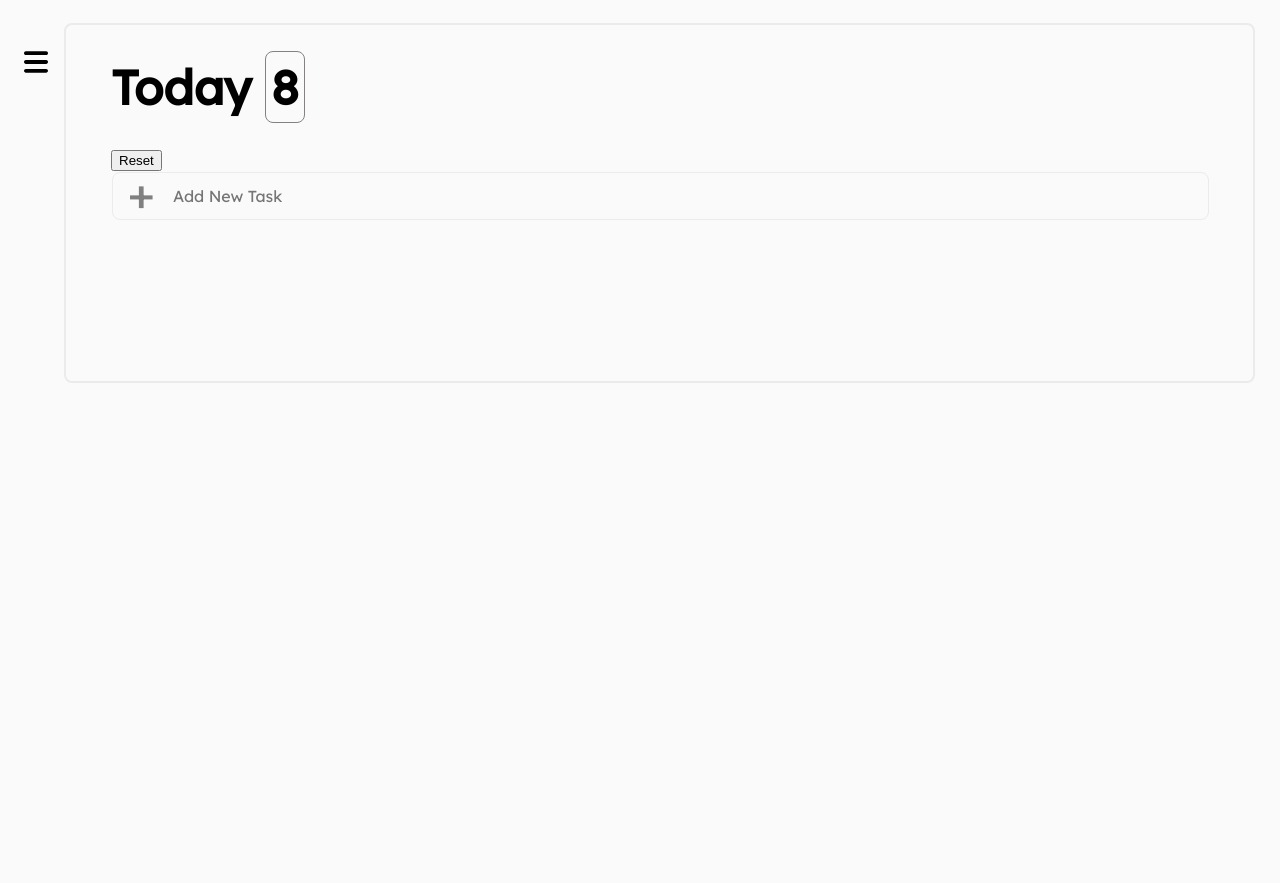
Repository: WeyehnR/Todo-App-e8719e15efb8a3743d14c47aa9ae2115442426d2
Page: Client/index.html
The author's editor kept a copy of each file at every save. The page is drawn from the files as they stood at one save, then again after the next save.
The browser window is 1280 px wide. The pictures show the whole page.

Above is the page before, as saved 2023-12-08 18:13:22.

After the next save:
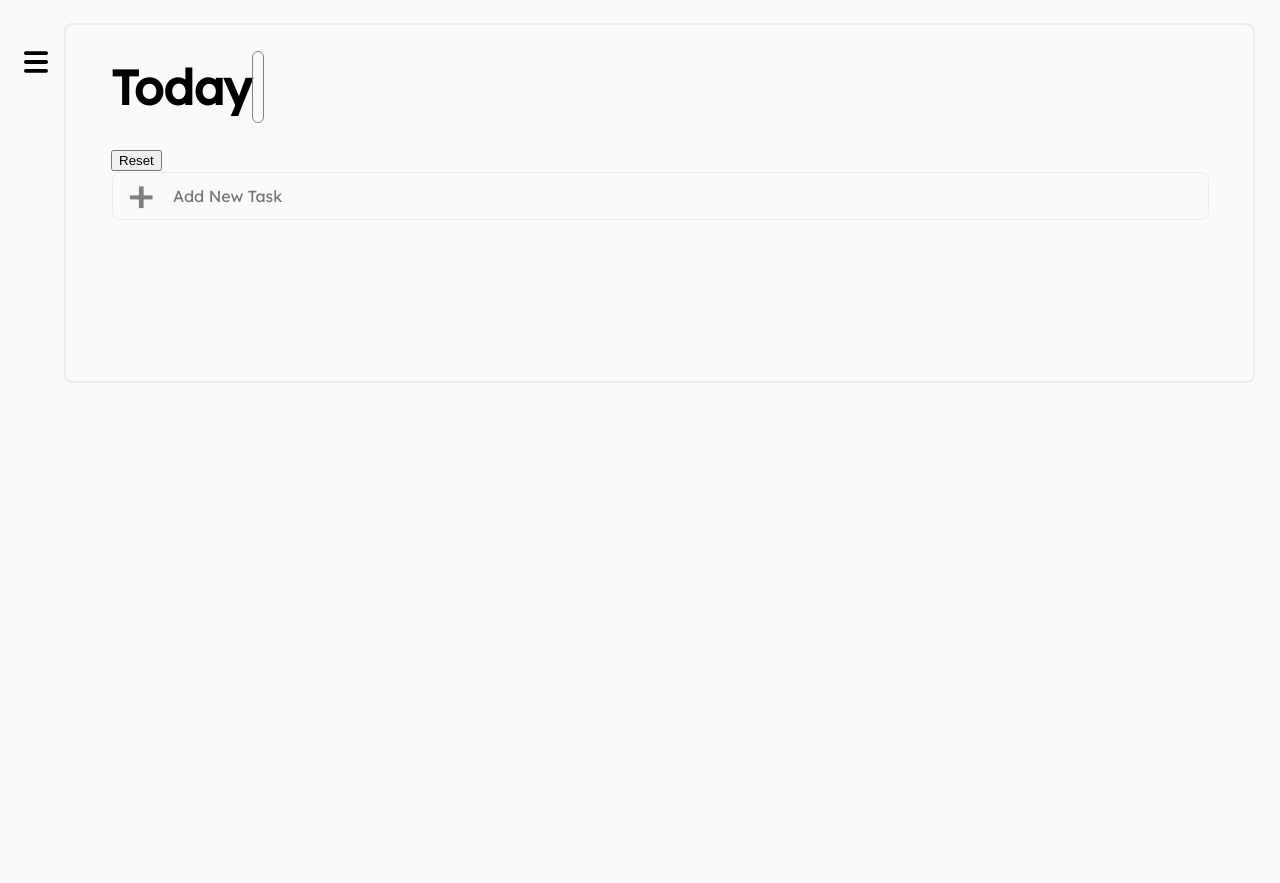
Console error: SyntaxError: Unexpected identifier 'closeButton'
Saved 42 s later.
--- a/Client/TASKLISTUI/TaskDetails.js
+++ b/Client/TASKLISTUI/TaskDetails.js
@@ -25,6 +25,7 @@
     // Initialize the TaskDetailsUI and set up event listeners
     init() {
         // Add event listeners for task details view
+        this.
 
         // Close button event listener
         const closeButton = this.domHelper.querySelector('.close-icon');

After the 2 saves that followed:
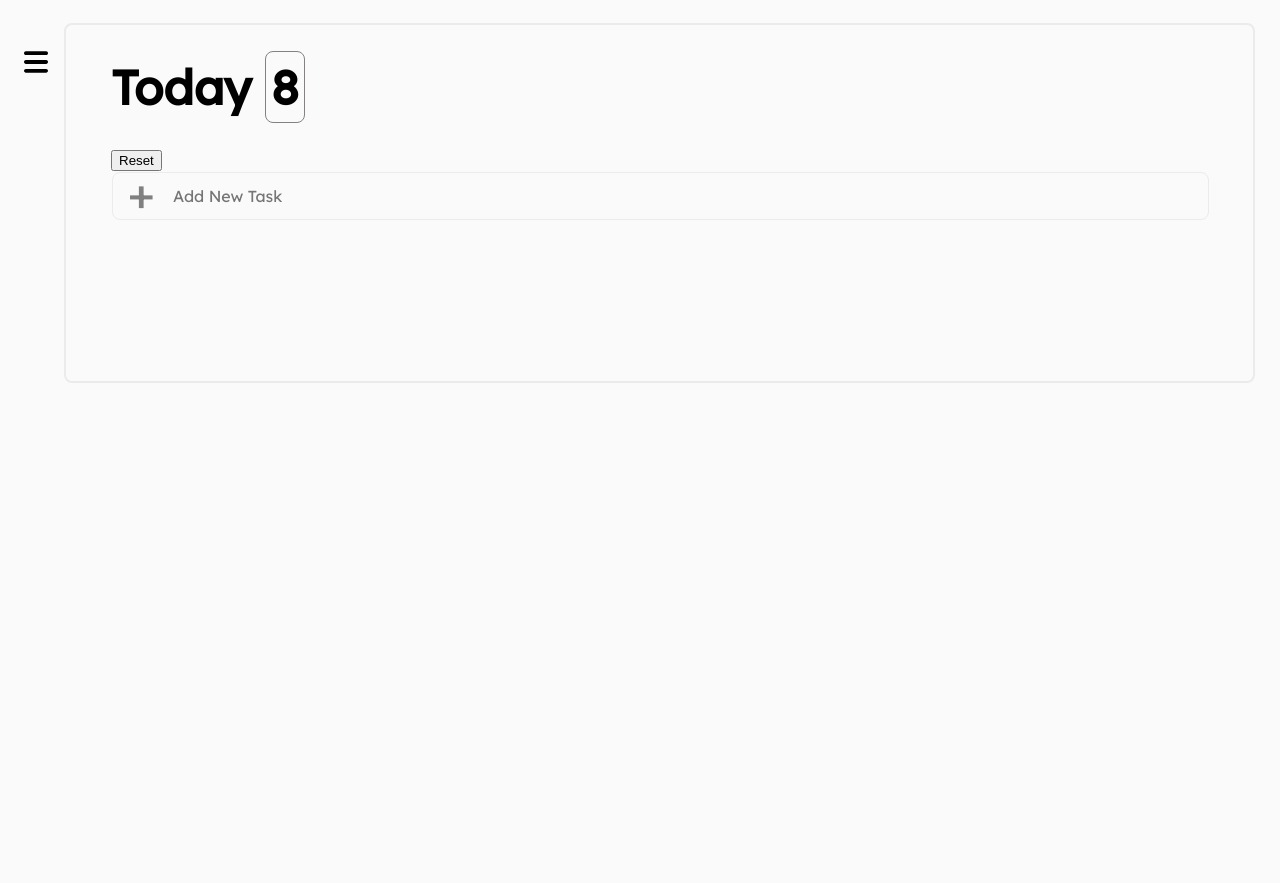
The error is gone.
The 2 saves are shown as one change because they came seconds apart.
The last was saved 6 s later.
--- a/Client/TASKLISTUI/TaskDetails.js
+++ b/Client/TASKLISTUI/TaskDetails.js
@@ -25,7 +25,7 @@
     // Initialize the TaskDetailsUI and set up event listeners
     init() {
         // Add event listeners for task details view
-        this.
+        this.bindTaskRename();
 
         // Close button event listener
         const closeButton = this.domHelper.querySelector('.close-icon');
